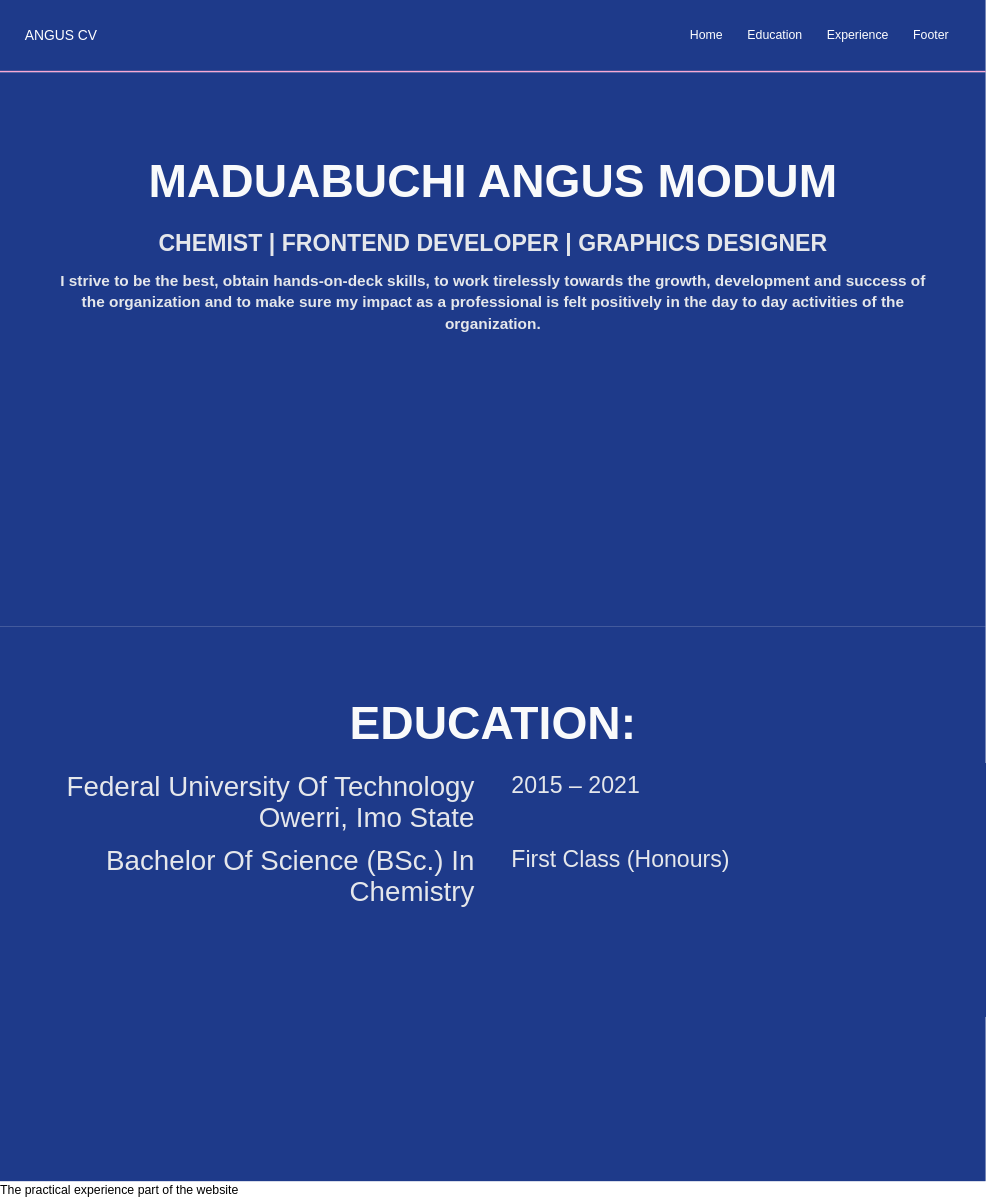
Repository: AngusOnyebuchi/AngusOnyebuchi.github.io
Page: /
The author's editor kept a copy of each file at every save. The page is drawn from the files as they stood at one save, then again after the next save.
The browser window is 1280 px wide. The pictures show the whole page, at 77% of full size.
The project was rebuilt for these pictures with package versions that can differ from the ones it lists, and the page was loaded fresh each time.

Above is the page before, as saved 2022-04-17 19:45:33.

### public/index.html
<!DOCTYPE html>
<html lang="en">
  <head>
    <meta charset="utf-8" />
    <link rel="icon" href="%PUBLIC_URL%/favicon.ico" />
    <meta name="viewport" content="width=device-width, initial-scale=1" />
    <meta name="theme-color" content="#000000" />
    <meta
      name="description"
      content="Web site created using create-react-app"
    />
    <link rel="apple-touch-icon" href="%PUBLIC_URL%/logo192.png" />
    <!--
      manifest.json provides metadata used when your web app is installed on a
      user's mobile device or desktop. See https://developers.google.com/web/fundamentals/web-app-manifest/
    -->
    <link rel="manifest" href="%PUBLIC_URL%/manifest.json" />
    <!--
      Notice the use of %PUBLIC_URL% in the tags above.
      It will be replaced with the URL of the `public` folder during the build.
      Only files inside the `public` folder can be referenced from the HTML.

      Unlike "/favicon.ico" or "favicon.ico", "%PUBLIC_URL%/favicon.ico" will
      work correctly both with client-side routing and a non-root public URL.
      Learn how to configure a non-root public URL by running `npm run build`.
    -->
    <title>Angus CV </title>
  </head>
  <body>
    <noscript>You need to enable JavaScript to run this app.</noscript>
    <div id="root"></div>
    <!--
      This HTML file is a template.
      If you open it directly in the browser, you will see an empty page.

      You can add webfonts, meta tags, or analytics to this file.
      The build step will place the bundled scripts into the <body> tag.

      To begin the development, run `npm start` or `yarn start`.
      To create a production bundle, use `npm run build` or `yarn build`.
    -->
  </body>
</html>

### src/index.js
import React from "react";
import ReactDOM from "react-dom";
import "./style.css"
import App from "./App";

ReactDOM.render(<App/>, document.getElementById("root"))

### src/style.css
@tailwind base;
@tailwind components;
@tailwind utilities;

@layer base {
    body{
        @apply font-[Sans-serif];
    }
    li {
        @apply px-4;
        @apply cursor-pointer;
    }
}

### src/App.js
import React from "react";
import Home from "./components/Home"
import Education from "./components/Education";
import Experience from "./components/Experience";
import NavBar from "./components/NavBar";

export default function App() {
  return (
    <div>
      <NavBar/>
      <Home/>
      <Education/>
      <Experience/>
    </div>
  )
}

### src/components/Home.js
import React from "react";
import {FaWhatsapp, FaLocationArrow, FaSearchLocation} from "react-icons/fa"
import {HiOutlineMail} from "react-icons/hi"

export default function Home() {
    return (
        <div className="w-full h-screen p-4 bg-blue-900 text-gray-200">
            <h1 className="text-4xl md:text-6xl font-bold uppercase pt-24 text-center text-gray-50">Maduabuchi Angus Modum</h1>
            <h3 className="text-xl md:text-3xl font-bold uppercase pt-8 text-center">Chemist  |  Frontend Developer  |  Graphics Designer</h3>
            <p className="font-bold text-center justify-center text-lg md:text-xl max-w-[1200px] mx-12 mt-4">I strive to be the best, obtain hands-on-deck skills,
                to work tirelessly towards the growth, development and success of the organization and to make sure my impact
                as a professional is felt positively in the day to day activities of the organization.</p>

        </div>
    )
}

### src/components/Education.js
import React from "react";

export default function Education() {
    return(
        <div className="bg-blue-900 w-full h-screen text-gray-200">
            <h1 className="text-4xl md:text-6xl font-bold uppercase pt-24 text-center text-gray-50">Education:</h1>
            <div className="grid grid-cols-2 gap-12 mx-16 pt-8 ">
                <h3 className="capitalize text-xl md:text-4xl text-right">Federal university of technology owerri, Imo state</h3>
                <h4 className="text-lg md:text-3xl ">2015 – 2021</h4>
            </div>
            <div className="grid grid-cols-2 gap-12 mx-16 pt-4">
                <h3 className="capitalize text-xl md:text-4xl text-right">Bachelor of Science (BSc.) in Chemistry</h3>
                <h4 className="text-lg md:text-3xl ">First Class (Honours)</h4>
            </div>
        </div>
    )
}

### src/components/Experience.js
import React from "react";

export default function Experience() {
    return(
        <div>
            <h1>The practical experience part of the website</h1>
        </div>
    )
}

### src/components/NavBar.js
import React, {useState} from "react";
import {FaTimes, FaBars} from "react-icons/fa"

export default function NavBar() {

    const [nav, setNav] = useState(true)
    const toggle = () => setNav(!nav)

    return(
        <div className="bg-blue-900 text-white w-full p-8 flex justify-between items-center border-b-2 border-pink-300">
            <h1 className="uppercase text-lg">Angus CV</h1>

            <ul className=" hidden sm:flex justify-between">
                <li className="hover:border-b-2 border-pink-300 ">Home</li>
                <li className="hover:border-b-2 border-pink-300 ">Education</li>
                <li className="hover:border-b-2 border-pink-300 ">Experience</li>
                <li className="hover:border-b-2 border-pink-300 ">Footer</li>
            </ul>

            {/** Mobile list */}
            <div onClick={toggle} className="sm:hidden z-10">
                {nav ? <FaBars/> : <FaTimes/>}
            </div>
            <ul className={nav ? 'hidden' : 'absolute top-0 left-0 w-full h-screen bg-inherit flex flex-col justify-center items-center my-8 sm:hidden'}>
                    <li>Home</li>
                    <li>Education</li>
                    <li>Experience</li>
                    <li>Footer</li>
            </ul>
        </div>
    )
}

Loaded but not shown: tailwind.config.js (common file)

After the next save:
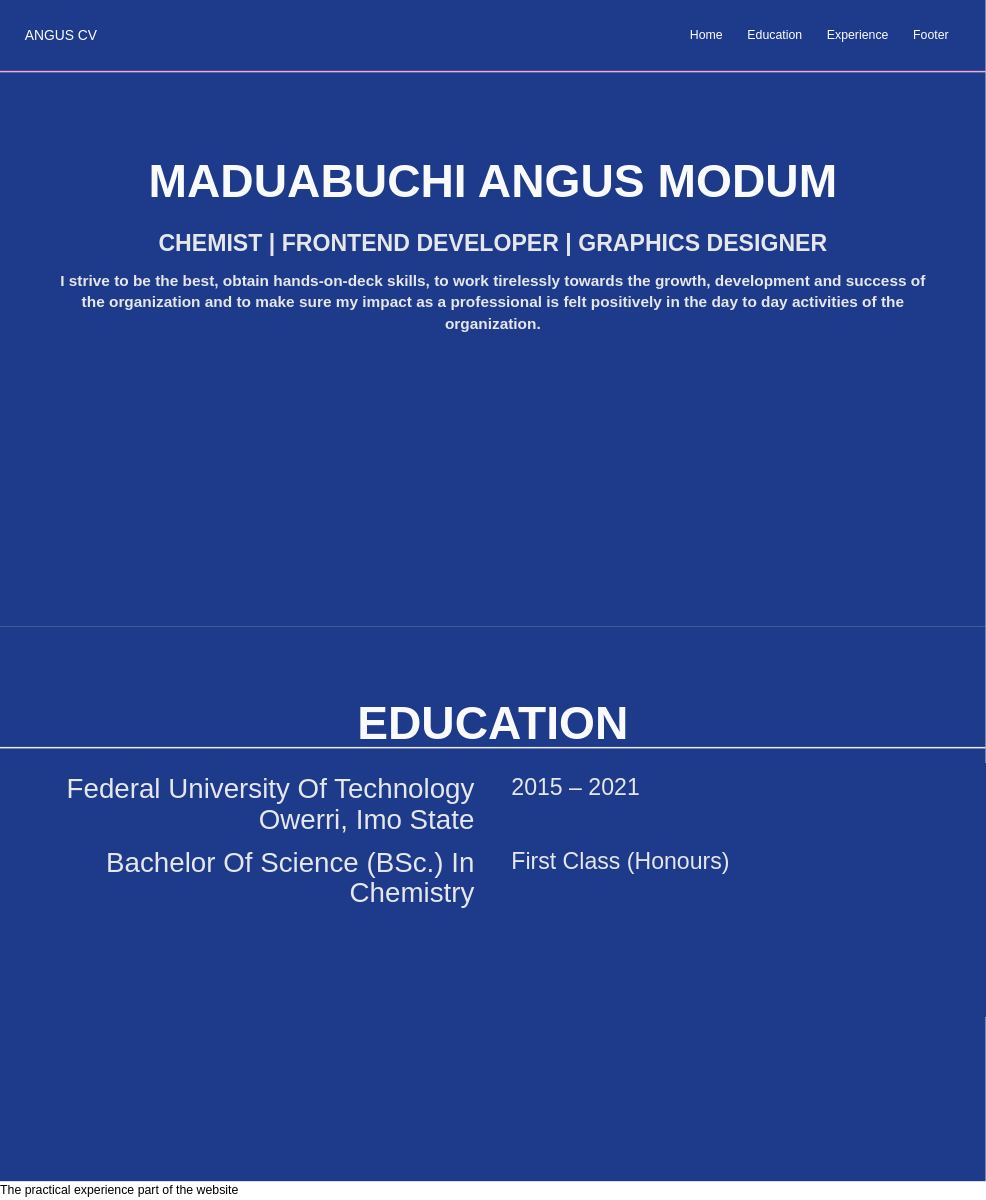
Saved 57 s later.
--- a/src/components/Education.js
+++ b/src/components/Education.js
@@ -3,7 +3,7 @@ import React from "react";
 export default function Education() {
     return(
         <div className="bg-blue-900 w-full h-screen text-gray-200">
-            <h1 className="text-4xl md:text-6xl font-bold uppercase pt-24 text-center text-gray-50">Education:</h1>
+            <h1 className="text-4xl md:text-6xl font-bold uppercase pt-24 text-center text-gray-50 border-b-2">Education</h1>
             <div className="grid grid-cols-2 gap-12 mx-16 pt-8 ">
                 <h3 className="capitalize text-xl md:text-4xl text-right">Federal university of technology owerri, Imo state</h3>
                 <h4 className="text-lg md:text-3xl ">2015 – 2021</h4>
